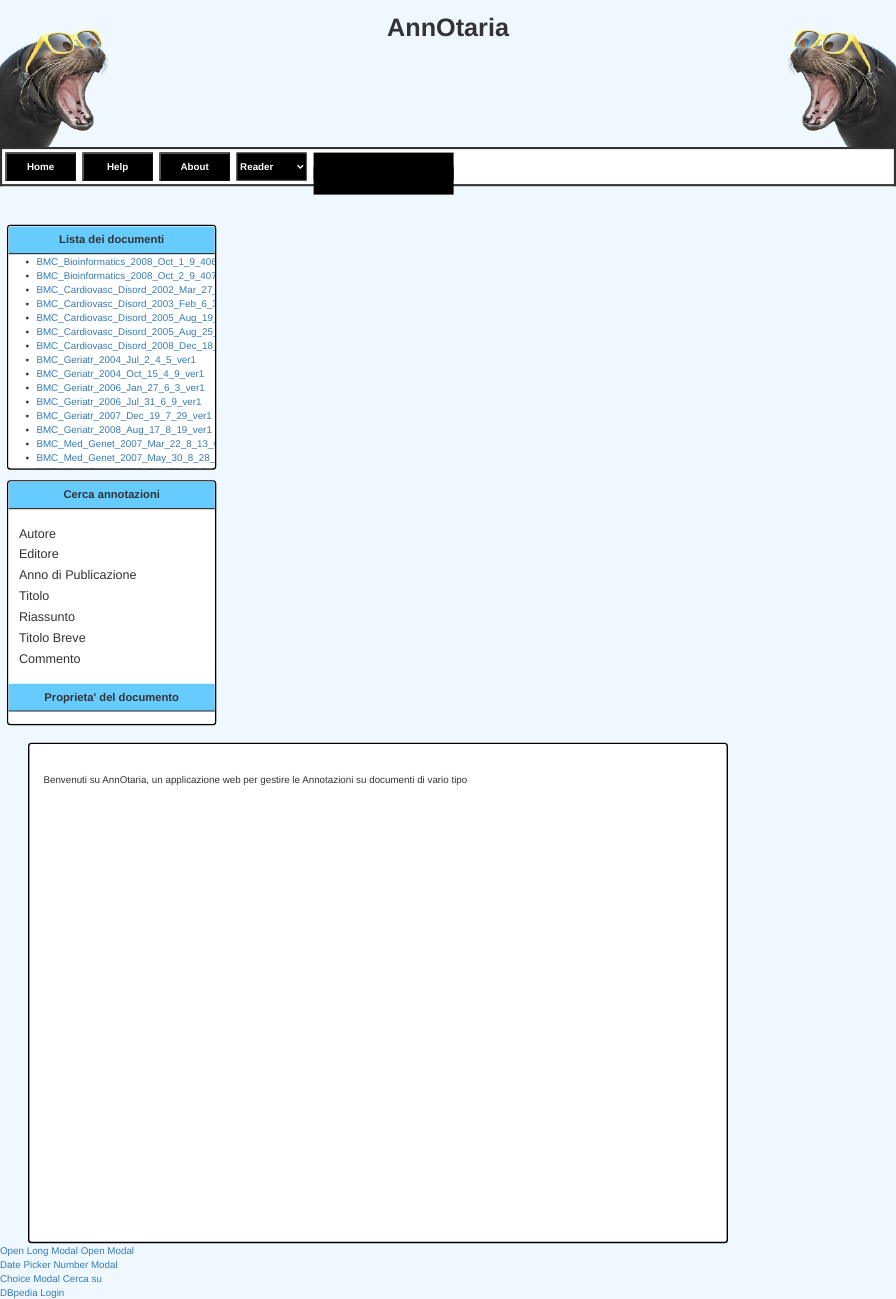
Repository: Bratu92/AnnOtaria
Page: AnnOtaria/View/index.html
These files come from the project's save history. The page is drawn as it stood at one moment and after the next save; the edit follows.
The browser window is 1280 px wide. The pictures show the whole page, at 70% of full size.
Some web libraries are served in a nearby version.

Above is the page before, as saved 2015-02-02 16:49:16.

After the next save:
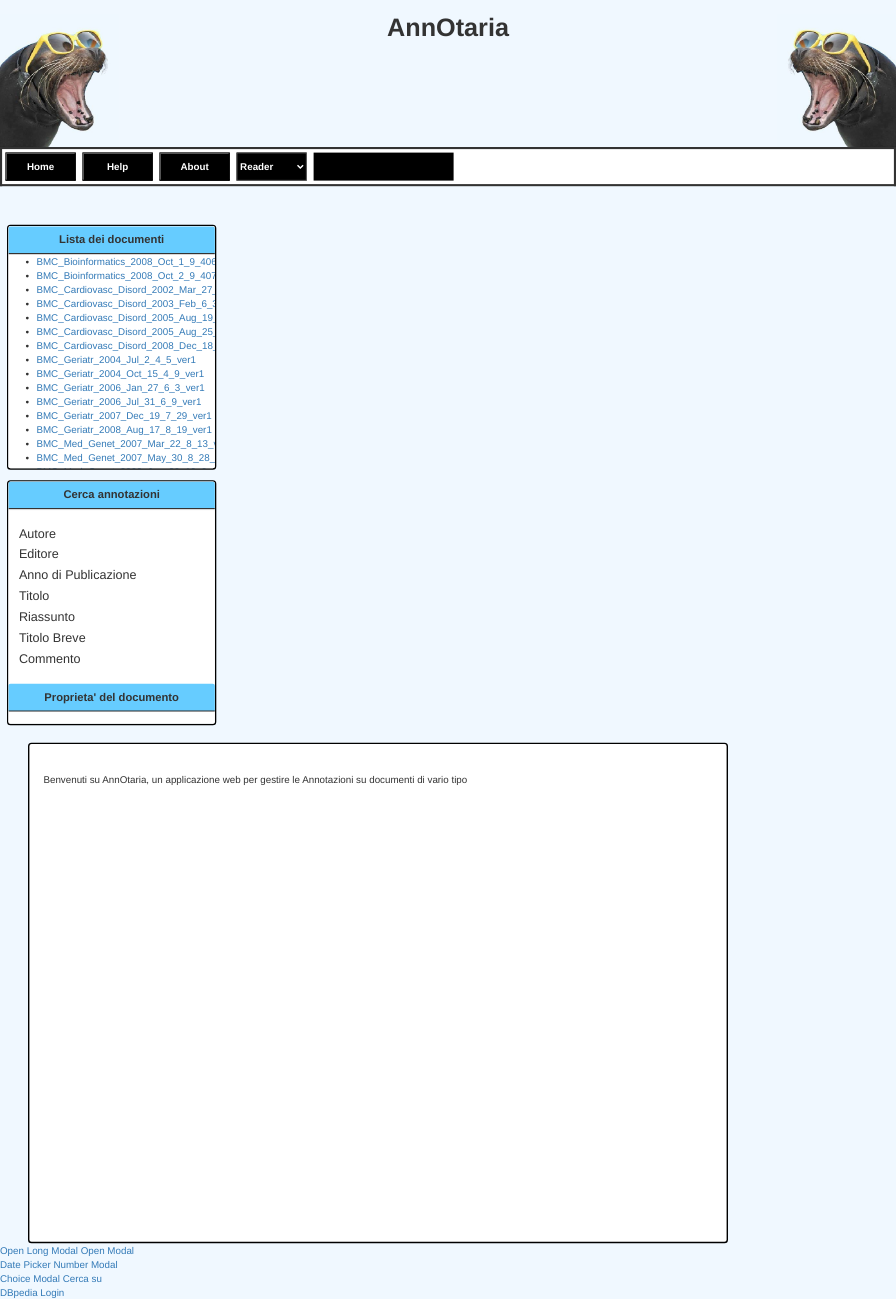
Saved 30 s later.
--- a/AnnOtaria/View/index.html
+++ b/AnnOtaria/View/index.html
@@ -47,7 +47,7 @@
 					</select>
 				</td>
 				<td class="cellannotator">
-					<h1 class="menuButton" type="button" id="userAnnotator"/></h1>
+					<span class="menuButton" type="button" id="userAnnotator"/></span>
 				</td>
 
 		   </tr></table>
